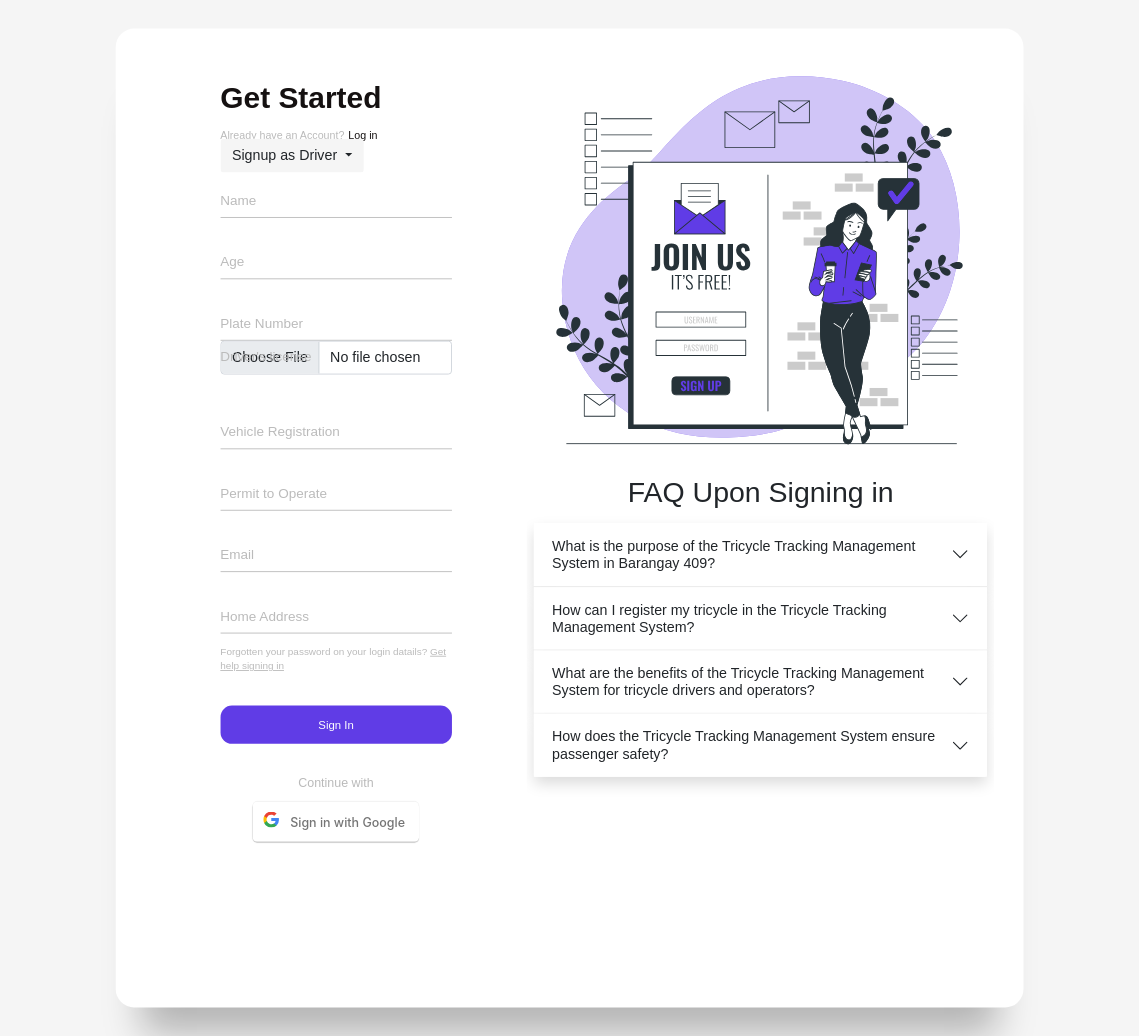
Repository: adrcstro/plate-to-place
Page: http://localhost/Loginsystem/Driverlogin.php
The author's editor kept a copy of each file at every save. The page is drawn from the files as they stood at one save, then again after the next save.
The browser window is 1280 px wide. The pictures show the whole page, at 89% of full size.
Some web fonts or font styles are not loaded; a fallback is used. Some web libraries are served in a nearby version. The page is run by PHP 8.4 with error messages shown; the project is at /var/www/html/.

Above is the page before, as saved 2023-10-31 12:14:02.

After the next save:
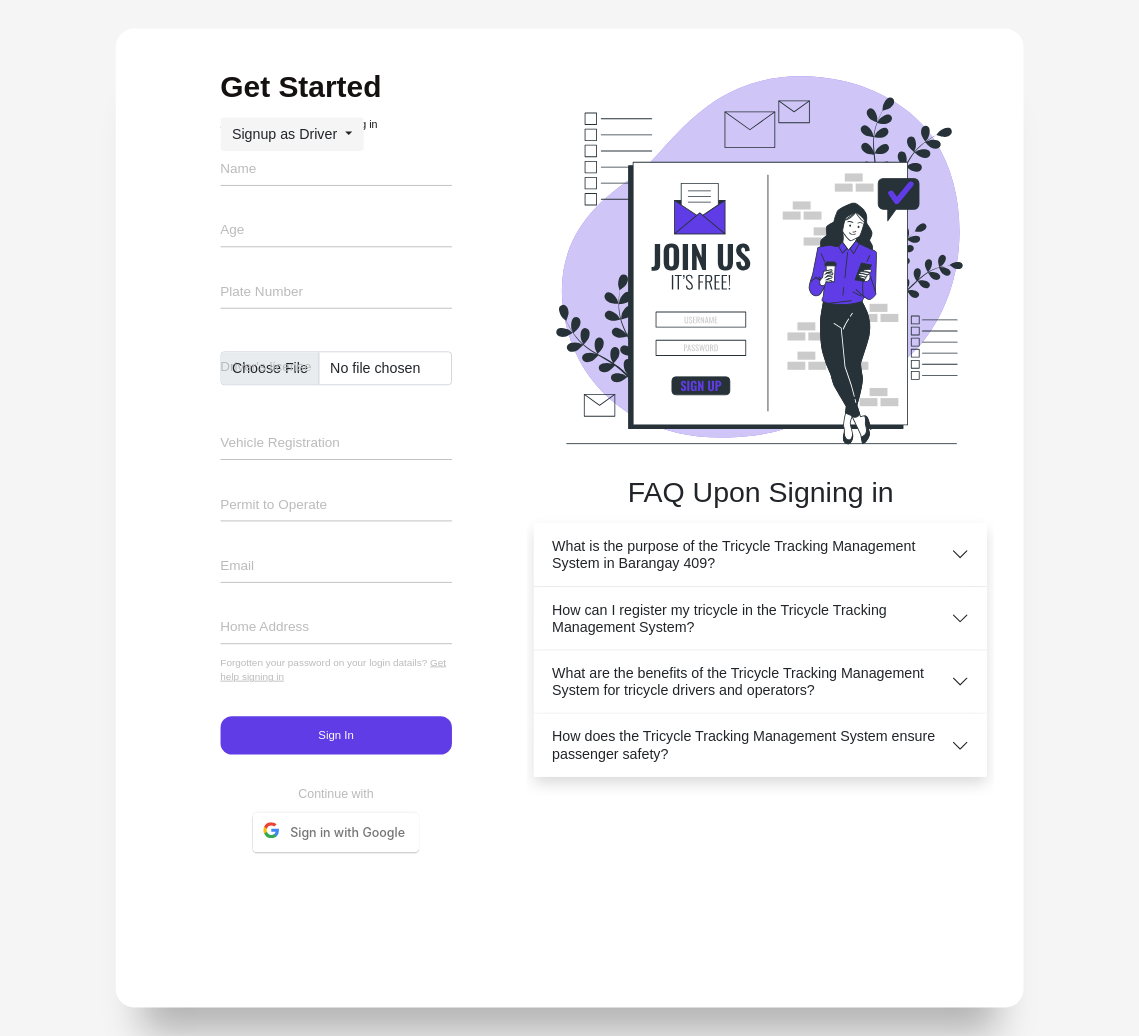
Saved 16 s later.
--- a/Loginsystem/driver.css
+++ b/Loginsystem/driver.css
@@ -394,7 +394,7 @@ margin-top: -4rem;
   margin-top: -6rem;
 }
 #Filefield{
-  margin-top: -2rem;
+  margin-top: 3rem;
 }
 @media (max-width: 850px) {
   .box {
